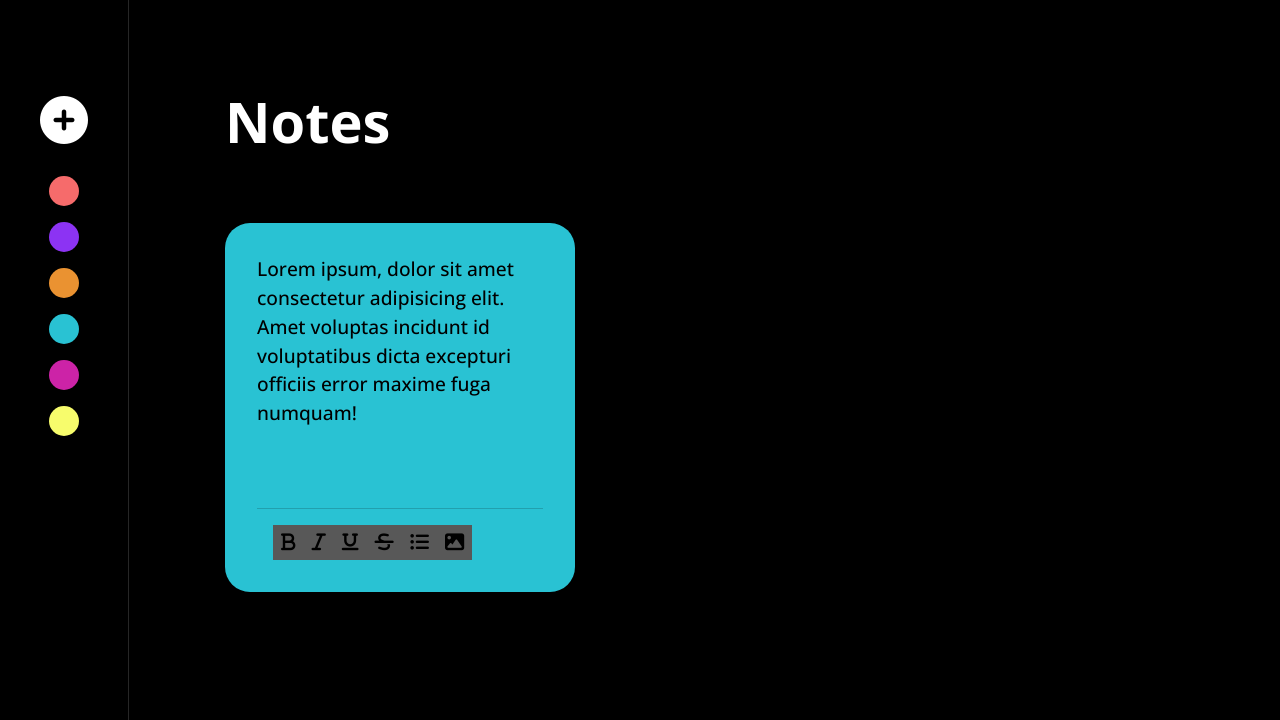
Repository: emiliaiwu/notes_app
Page: index.html
The author's editor kept a copy of each file at every save. The page is drawn from the files as they stood at one save, then again after the next save.
The browser window is 1280 px wide. The pictures show the whole page.
Some web libraries are served in a nearby version.

Above is the page before, as saved 2022-12-20 00:00:34.

### index.html
<!DOCTYPE html>
<html lang="en">
<head>
    <meta charset="UTF-8">
    <meta http-equiv="X-UA-Compatible" content="IE=edge">
    <meta name="viewport" content="width=device-width, initial-scale=1.0">
    <script src="https://kit.fontawesome.com/fd9c36575f.js" crossorigin="anonymous"></script>
    <link rel="stylesheet" href="style.css">
    <title>Notes App</title>
</head>
<body>
    <div class="container">
        <div class="add">
            <div class="add_card"><i class="fa-solid fa-circle-plus"></i></div>
            <ul class="card_colors">
                <li class="card_color c1"></li>
                <li class="card_color c2"></li>
                <li class="card_color c3"></li>
                <li class="card_color c4"></li>
                <li class="card_color c5"></li>
                <li class="card_color c6"></li>
            </ul>
        </div>
        <div class="cards_container">
            <h1>Notes</h1>
            <div class="cards">

                <div class="card">
                    <p class="text">
                        Lorem ipsum, dolor sit amet consectetur adipisicing elit. Amet voluptas incidunt id voluptatibus dicta excepturi officiis error maxime fuga numquam!
                    </p>
                    <div class="footer close">
                        <div class="date">Dec 18, 2022</div>
                        <div class="edit_delete">
                           <div class="edit"><i class="fa-solid fa-pen"></i></div>
                           <div class="delete"><i class="fa-solid fa-trash-can"></i></div>
                        </div>
                    </div>
                    <div class="footer open">
                        <ul class="edit_settings">
                            <li class="bold"><i class="fa-solid fa-bold"></i></li>
                            <li class="italic"><i class="fa-solid fa-italic"></i></li>
                            <li class="underline"><i class="fa-solid fa-underline"></i></li>
                            <li class="strikethrough"><i class="fa-solid fa-strikethrough"></i></li>
                            <li class="toggleBtn"><i class="fa-solid fa-list-ul"></i></li>
                            <li class="add_image"><i class="fa-solid fa-image"></i></li>
                        </ul>
                    </div>
                </div>




            </div>
        </div>




    </div>

</body>
</html>

### style.css
@import url('https://fonts.googleapis.com/css2?family=Open+Sans:wght@300;400;500;700&display=swap');


* {
    margin: 0;
    padding: 0;
    box-sizing: border-box;
    list-style-type: none;

}

body {
    font-family: 'Open Sans', sans-serif;
    width: 100vw;
    height: 100vh;
    background-color: #000;
    color: #fff;

}

h1 {
    font-size: 3.5rem;
    margin-bottom: 4rem;
    color: #fff;
}

.container {
    display: flex;
    width: 100%;
    height: 100%;
    gap: 2rem;
}

.add {
    border-right: 1px solid rgba(255, 255, 255, 0.15);
    min-height: 100vh;
    display: flex;
    flex-direction: column;
    align-items: center;
    padding: 6rem 2.5rem;

}

.card_color {
    width: 30px;
    height: 30px;
    border-radius: 50%;
    margin-bottom: 1rem;

}

.fa-circle-plus {
    font-size: 3rem;
    margin-bottom: 2rem;
}

.c1 {
    background-color: #F66B6B;
}

.c2 {
    background-color: #8C33F3;
}

.c3 {
    background-color: #EA9231;
}

.c4 {
    background-color: #29C2D3;
}

.c5 {
    background-color: #CC23A7;
}

.c6 {
    background-color: #F7FC6C;
}






/* CARDS CONTAINER */

.cards_container {
    padding: 5.2rem 4rem;
    height: 100%;
    overflow-y: scroll;
    width: 100%;
    color: #000;
}

.cards {
    display: grid;
    /* grid-template-columns: repeat(auto-fit, minmax(19rem, 1fr)); */
    grid-template-columns: repeat(3, 350px);
    gap: 2.5rem;
}

.card {
    display: flex;
    flex-direction: column;
    justify-content: space-between;
    background-color: #29C2D3;
    padding: 2rem 2rem 1rem 2rem;
    border-radius: 25px;
}

.close,
.edit_settings {
    display: flex;
    /* justify-content: space-between; */

}

.text {
    margin-bottom: 5rem;
    font-size: 1.2rem;
    font-weight: 500;
    line-height: 1.5;
}




.edit_delete,
.edit {
    display: flex;
    align-items: center;
}

.edit_delete {
    gap: 1.2rem;
    justify-content: space-between;
}

.edit {
    background-color: #000;
    width: 35px;
    height: 35px;
    border-radius: 50%;
    color: #fff;
    justify-content: center;
}

.delete {
    font-size: 1.5rem;
}

/* .fa-trash-can {
    margin-left: 1rem;
} */






.edit_settings {
    border-top: 1px solid rgba(0, 0, 0, 0.178);;
    width: 100%;
    padding: 1rem;
    justify-content:;
}

ul li i {
    font-size: 1.2rem;
    background-color: rgb(88, 88, 88);
    padding: .5rem;
}












/* OPEN AND CLOSE FUNCTIONALITY */

.open {


}

.close {
    padding-bottom: 1rem;
    align-items: center;
    display: none;
}

After the next save:
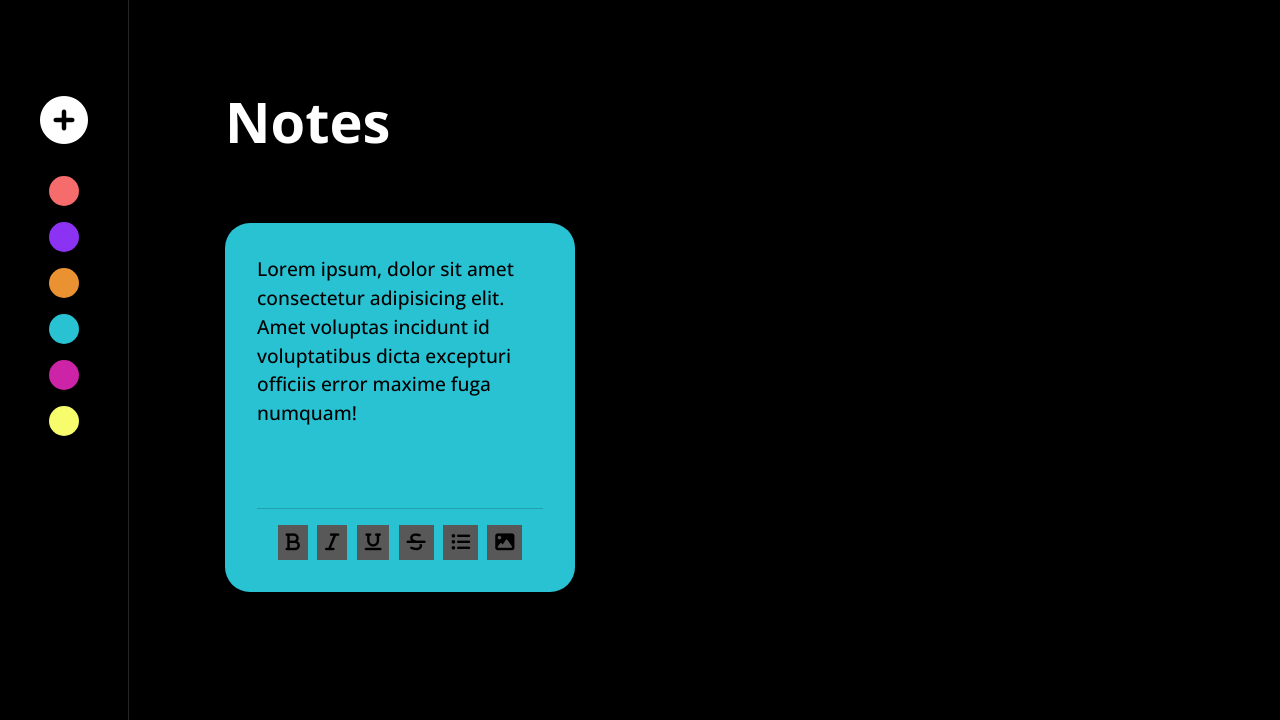
Saved 4 s later.
--- a/style.css
+++ b/style.css
@@ -163,7 +163,7 @@
     border-top: 1px solid rgba(0, 0, 0, 0.178);;
     width: 100%;
     padding: 1rem;
-    justify-content:;
+    justify-content:space-around;
 }
 
 ul li i {

After the save that followed:
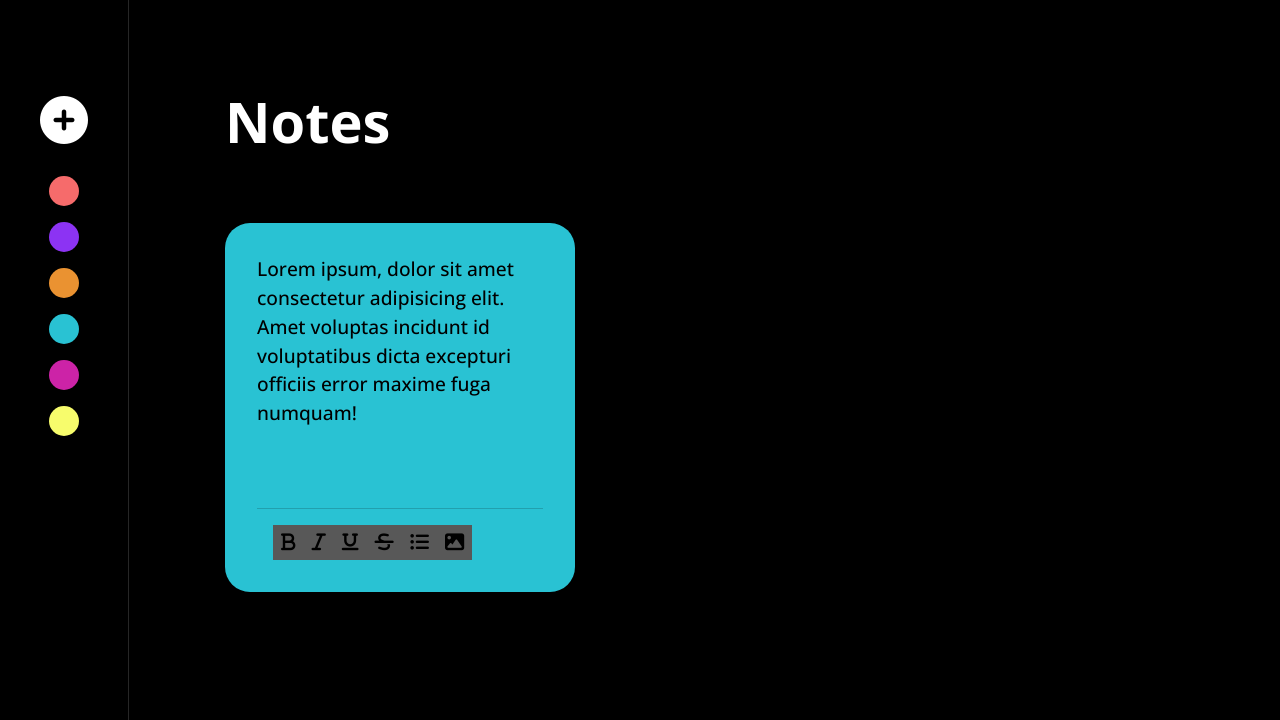
Saved 17 s later.
--- a/style.css
+++ b/style.css
@@ -163,7 +163,7 @@
     border-top: 1px solid rgba(0, 0, 0, 0.178);;
     width: 100%;
     padding: 1rem;
-    justify-content:space-around;
+
 }
 
 ul li i {
